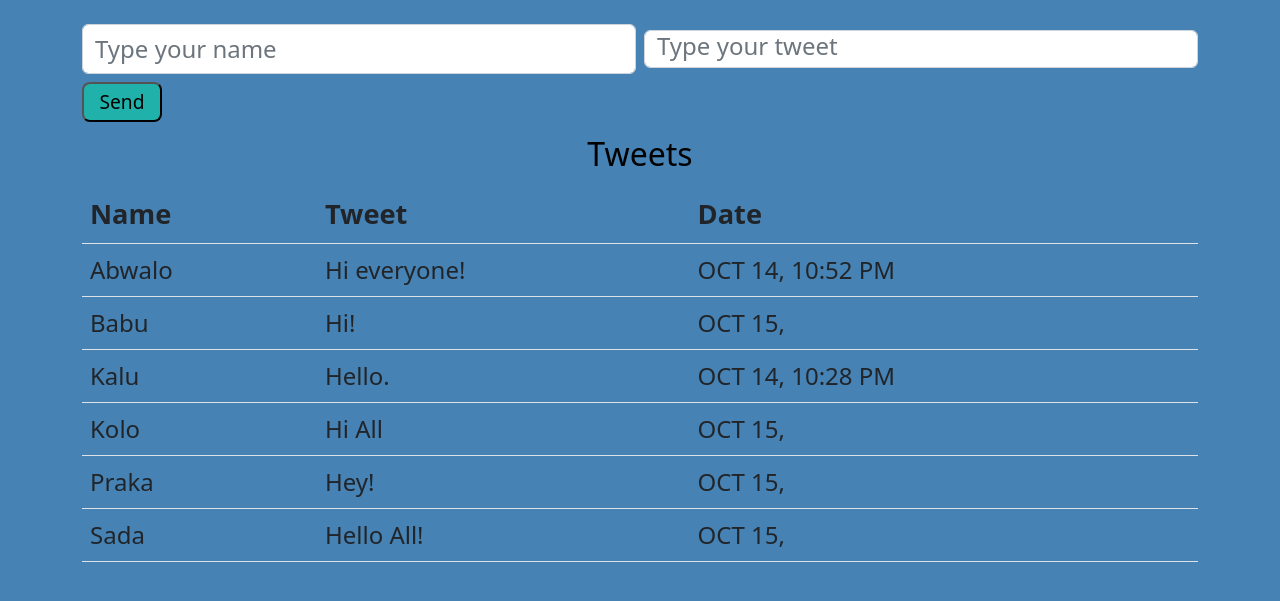
Repository: ShindanoSingi/poor-man-tweeter
Page: http://localhost/
The author's editor kept a copy of each file at every save. The page is drawn from the files as they stood at one save, then again after the next save.
The browser window is 1280 px wide. The pictures show the whole page.
Some web libraries are served in a nearby version. The page is served by the project's application, run on Django 4.2 (poormantweeter/manage.py). Other server files are loaded and not shown. The page reads the database file committed with the project.

Above is the page before, as saved 2022-10-14 19:30:52.

### poormantweeter/poormantweeterapp/templates/poormantweeterapp/index.html
<!DOCTYPE html>
<html lang="en">
<head>
  <meta charset="UTF-8">
  <meta name="viewport" content="width=device-width, initial-scale=1.0">
  <title>Poor Man's Tweeter</title>


  {% comment %} <script src="https://cdn.tailwindcss.com"></script> {% endcomment %}
  <link href="https://cdn.jsdelivr.net/npm/bootstrap@5.2.2/dist/css/bootstrap.min.css" rel="stylesheet" integrity="sha384-Zenh87qX5JnK2Jl0vWa8Ck2rdkQ2Bzep5IDxbcnCeuOxjzrPF/et3URy9Bv1WTRi" crossorigin="anonymous">
  <link type="text/css"  href="/css/style.css">
  <script src="https://cdn.jsdelivr.net/npm/bootstrap@5.2.2/dist/js/bootstrap.bundle.min.js" integrity="sha384-OERcA2EqjJCMA+/3y+gxIOqMEjwtxJY7qPCqsdltbNJuaOe923+mo//f6V8Qbsw3" crossorigin="anonymous"></script>

  <script src="https://cdn.jsdelivr.net/npm/vue@2.7.10"></script>
  <script src="https://cdnjs.cloudflare.com/ajax/libs/axios/1.1.2/axios.min.js" integrity="sha512-bHeT+z+n8rh9CKrSrbyfbINxu7gsBmSHlDCb3gUF1BjmjDzKhoKspyB71k0CIRBSjE5IVQiMMVBgCWjF60qsvA==" crossorigin="anonymous" referrerpolicy="no-referrer"></script>

</head>
<body class="bg-[gainsboro]">
  <div id="app" class="container mt-4">
    <div class="input-textArea-bubmitButton">
      <div class="mb-2 input-textArea">
        <input v-model="author_text" type="text" id="author_text" class="form-control" placeholder="Type your name" >
        <input v-model="body_text" type="text" id="body_text" class="form-control" placeholder="Type your tweet">
    </div>
    <button type="button" class="submit-button" v-on:click="saveTweet">Send</button>
    </div>

    <table class="table max-w-10xl caption-top">
      <caption class="title">Tweets</caption>
      <thead class="mx-auto">
        <tr>
          <th scope="col">Name</th>
          <th scope="col">Tweet</th>
          <th scope="col">Date</th>
        </tr>
      </thead>
      <tbody>
        <tr v-for="tweet of tweets">
          <td >[[ tweet.author ]]</td>
          <td class="tdbody">[[ tweet.body ]]</td>
          <td>[[ tweet.date ]]</td>
        </tr>
      </tbody>
    </table>
  </div>


    <script>
      let app = new Vue({
        el: '#app',
        delimiters: ['[[', ']]'],
        data: {
          tweets: [],
          author_text: '',
          body_text: '',

        },
        methods: {
        saveTweet: function() {
          axios({
            url: "{% url 'poormantweeterapp:save_tweet' %}",
            method: 'post',
            data: {
              author_text: this.author_text,
              body_text: this.body_text,
            },
            headers:{
              'X-CSRFToken':'{{ csrf_token }}'
            }
          }).then(response => {
            console.log('response.data');
          })

          // Reload the page
          location.reload();
        }
        },
        created: function(){
          axios({
            url: "{% url 'poormantweeterapp:tweets' %}",
            method: 'get',
          }).then(response => {

            // Tweet array object
            this.tweets = [];

            // Assign the response from API to data.
            let data = response.data.tweet_items;

            // Loop through data array of objects and extract author name, tweet and date.
            for (let i = 0; i < data.length; i++) {
              let newDate = new Date(data[i].date)
              let stringDate = newDate.toString().split(' ')[1] + ' ' + newDate.toString().split(' ')[2];
              let hour = newDate.toString().split(' ')[4].substring(0,2)

              //let formattedAuthorName = ''
              //formattedAuthorName = data[i].author.charAt(0).toUpperCase() + data[i].author.substring(1)

              // Format time to show  from 1 to 12 AM or PM
              let time = '';
              if(hour === '12'){
                time += '12' + ':' + newDate.toString().split(' ')[4].substring(3,5) + ' PM'
              }
              if(hour === '13'){
                time += '1' + ':' + newDate.toString().split(' ')[4].substring(3,5) + ' PM'
              }
              if(hour === '14'){
                time += '2' + ':' + newDate.toString().split(' ')[4].substring(3,5) + ' PM'
              }
              if(hour === '15'){
                time += '3' + ':' + newDate.toString().split(' ')[4].substring(3,5) + ' PM'
              }
              if(hour === '16'){
                time += '4' + ':' + newDate.toString().split(' ')[4].substring(3,5) + ' PM'
              }
              if(hour === '17'){
                time += '5' + ':' + newDate.toString().split(' ')[4].substring(3,5) + ' PM'
              }
              if(hour === '18'){
                time += '6' + ':' + newDate.toString().split(' ')[4].substring(3,5) + ' PM'
              }
              if(hour === '19'){
                time += '7' + ':' + newDate.toString().split(' ')[4].substring(3,5) + ' PM'
              }
              if(hour === '20'){
                time += '8' + ':' + newDate.toString().split(' ')[4].substring(3,5) + ' PM'
              }
              if(hour === '21'){
                time += '9' + ':' + newDate.toString().split(' ')[4].substring(3,5) + ' PM'
              }
              if(hour === '22'){
                time += '10' + ':' + newDate.toString().split(' ')[4].substring(3,5) + ' PM'
              }
              if(hour === '23'){
                time += '11' + ':' + newDate.toString().split(' ')[4].substring(3,5) + ' PM'
              }
              if(hour === '24'){
                time += '12' + ':' + newDate.toString().split(' ')[4].substring(3,5) + ' AM'
              }
              if(hour === '01'){
                time += '1' + ':' + newDate.toString().split(' ')[4].substring(3,5) + ' AM'
              }
              if(hour === '02'){
                time += '2' + ':' + newDate.toString().split(' ')[4].substring(3,5) + ' AM'
              }
              if(hour === '03'){
                time += '3' + ':' + newDate.toString().split(' ')[4].substring(3,5) + ' AM'
              }
              if(hour === '04'){
                time += '4' + ':' + newDate.toString().split(' ')[4].substring(3,5) + ' AM'
              }
              if(hour === '05'){
                time += '5' + ':' + newDate.toString().split(' ')[4].substring(3,5) + ' AM'
              }
              if(hour === '06'){
                time += '6' + ':' + newDate.toString().split(' ')[4].substring(3,5) + ' AM'
              }
              if(hour === '07'){
                time += '7' + ':' + newDate.toString().split(' ')[4].substring(3,5) + ' AM'
              }
              if(hour === '08'){
                time += '8' + ':' + newDate.toString().split(' ')[4].substring(3,5) + ' AM'
              }
              if(hour === '09'){
                time += '9' + ':' + newDate.toString().split(' ')[4].substring(3,5) + ' AM'
              }
              if(hour === '10'){
                time += '10' + ':' + newDate.toString().split(' ')[4].substring(3,5) + ' AM'
              }
              if(hour === '11'){
                time += '11' + ':' + newDate.toString().split(' ')[4].substring(3,5) + ' AM'
              }

              // Format date
              let formattedDate = stringDate.toUpperCase() + ', ' + time;

              // Push data of interest in an array of objects
              this.tweets.push({
                author: data[i].author,
                body: data[i].body,
                date: formattedDate,
            })
          }
        });
        }
      });
    </script>


    {% comment %} Stylesheet {% endcomment %}
    <style>

      body {
        background-color: steelblue;
      }

      .container {
        margin: 0 auto;
      }

      @media (min-width: 320px) {

        .title{
          font-size: 1.2rem;
          text-align: center;
          color: black;
        }

      .container {
        margin: 0 auto;
      }

      th{
        font-size: 1rem;
      }

      td{
        font-size: 0.8rem;
      }

      .submit-button{
        width: 4.5rem;
        height: 2rem;
        border-radius: 0.5rem;
        background-color: lightseagreen;
        font-size: 1rem;
      }

      .input-textArea{
        display: flex;
        align-items: center;
        gap:  0.5rem;
      }
    }

    @media (min-width: 375px) {

      .title{
        font-size: 1.5rem;
        text-align: center;
        color: black;
      }

    .container {
      margin: 0 auto;
    }

    th{
      font-size: 1.2rem;
    }

    td{
      font-size: 1rem;
    }
  }

  @media (min-width: 768px) {

    .title{
      font-size: 2rem;
      text-align: center;
      color: black;
    }

    input::placeholder{
      font-size: 1.5rem;
    }

    .container {
      margin: 0 auto;
    }

  th{
    font-size: 1.6rem;
  }

  td{
    font-size: 1.5rem;
  }

  .submit-button{
    width: 6rem;
    height: 3rem;
    border-radius: 0.5rem;
    background-color: lightseagreen;
    font-size: 1.5rem;
  }

  input{
    font-size: 1.2rem;
  }

  #body_text::placeholder{
    font-size: 1.5rem;
    background-color
    display: flex;
    align-items: center;
    gap:  0.5rem;
  }
}

@media (min-width: 1024px) {

  .title{
    font-size: 2rem;
    text-align: center;
    color: black;
  }

  .container {
    margin: 0 auto;
  }

th{
  font-size: 1.7rem;
}

td{
  font-size: 1.5rem;
}

.submit-button{
  width: 5rem;
  height: 2.5rem;
  border-radius: 0.5rem;
  background-color: lightseagreen;
  font-size: 1.2rem;
}

#author_text{
  font-size: 1.5rem;
}

#body_text::placeholder{
  font-size: 1.5rem;
  background-color
  display: flex;
  align-items: center;
  gap:  0.5rem;
}
}
    </style>

</body>
</html>

### poormantweeter/poormantweeterapp/views.py
from django.utils import timezone
import json
from django.shortcuts import render
from django.http import HttpResponse, JsonResponse
from .models import Tweet


# Create your views here.
def index(request):
     return render(request, 'poormantweeterapp/index.html')

# get all tweets ==> this is basically a GET request.
def tweets(request):

     # Order data by author name and date.
     tweet_items = Tweet.objects.order_by("author", "date")

     # Create a dictionary to hold all the tweets.
     data = {
          'tweet_items':[]
     }

     # Loop through all the tweets and add them to the dictionary.
     for tweet_item in tweet_items:
          data['tweet_items'].append({
               'author': tweet_item.author,
               'body': tweet_item.body,
               'date': tweet_item.date,
          })

     return JsonResponse(data)

def save_tweet(request):

     data = json.loads(request.body)

     author_text = data['author_text']
     body_text = data['body_text']

     # Ensure both author input text and body text have data before saving to the database.
     if ((len(author_text) > 0) and (len(body_text) > 0)):

          # Capture the new tweet object to the database
          tweet_item = Tweet(author=author_text, body=body_text, date=timezone.now())

          # Save input information to the database.
          tweet_item.save()

     else:
          print ('Ok')

### poormantweeter/poormantweeter/urls.py

from django.contrib import admin
from django.urls import path, include

urlpatterns = [
    path('admin/', admin.site.urls),
    path('', include('poormantweeterapp.urls'))
]

### poormantweeter/poormantweeterapp/urls.py

# import views and path
from django.urls import path
from . import views

app_name = 'poormantweeterapp'

urlpatterns = [
     path('', views.index, name='index'),
     path('tweets/', views.tweets, name='tweets'),
     path('savetweet/', views.save_tweet, name='save_tweet'),
]

### poormantweeter/poormantweeterapp/models.py
from django.db import models

# Create Tweet models.
class Tweet(models.Model):
     author = models.CharField(max_length=200)
     body = models.TextField(max_length=50)
     date = models.DateTimeField(auto_now_add=True)

     def __str__(self):
          return self.author

### poormantweeter/db.sqlite3 (the tables this page reads, as SQL)
CREATE TABLE "poormantweeterapp_tweet" ("id" integer NOT NULL PRIMARY KEY AUTOINCREMENT, "author" varchar(200) NOT NULL, "body" text NOT NULL, "date" datetime NOT NULL);
INSERT INTO "poormantweeterapp_tweet" VALUES
(72, 'Kalu', 'Hello.', '2022-10-14 22:28:59.595354'),
(79, 'Abwalo', 'Hi everyone!', '2022-10-14 22:52:50.175939'),
(81, 'Kolo', 'Hi All', '2022-10-15 00:25:55.742057'),
(82, 'Sada', 'Hello All!', '2022-10-15 00:30:41.557252'),
(83, 'Praka', 'Hey!', '2022-10-15 00:30:52.340784'),
(84, 'Babu', 'Hi!', '2022-10-15 00:31:02.427139');

After the next save:
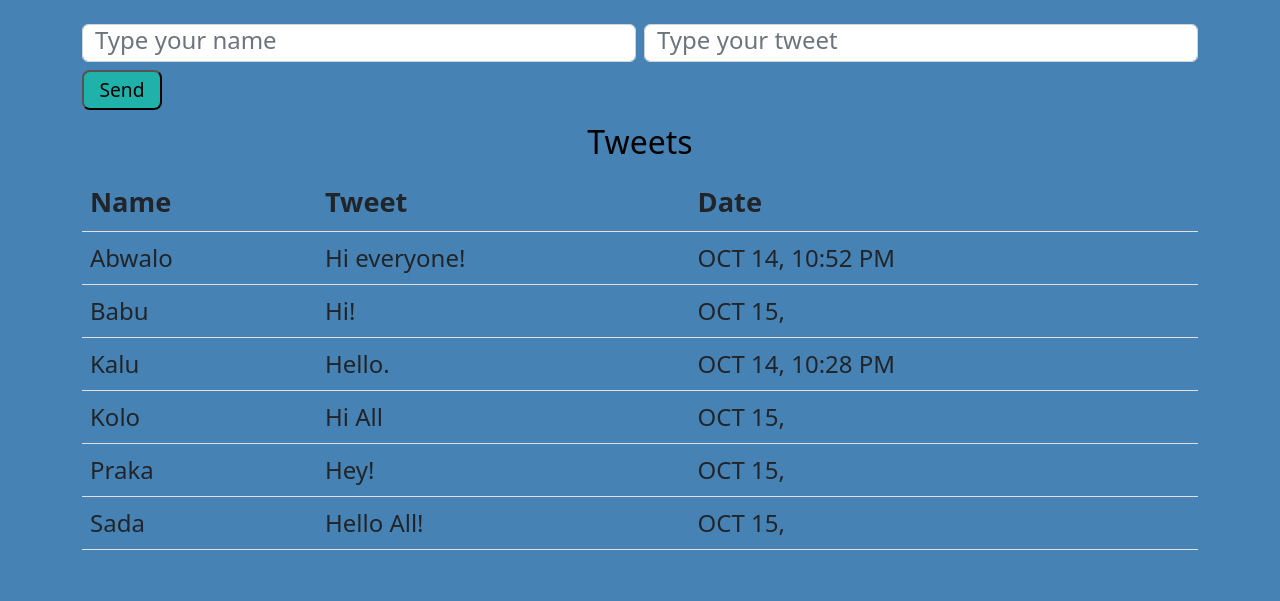
Saved 32 s later.
--- a/poormantweeter/poormantweeterapp/templates/poormantweeterapp/index.html
+++ b/poormantweeter/poormantweeterapp/templates/poormantweeterapp/index.html
@@ -327,7 +327,7 @@ td{
   font-size: 1.2rem;
 }
 
-#author_text{
+input{
   font-size: 1.5rem;
 }
 
